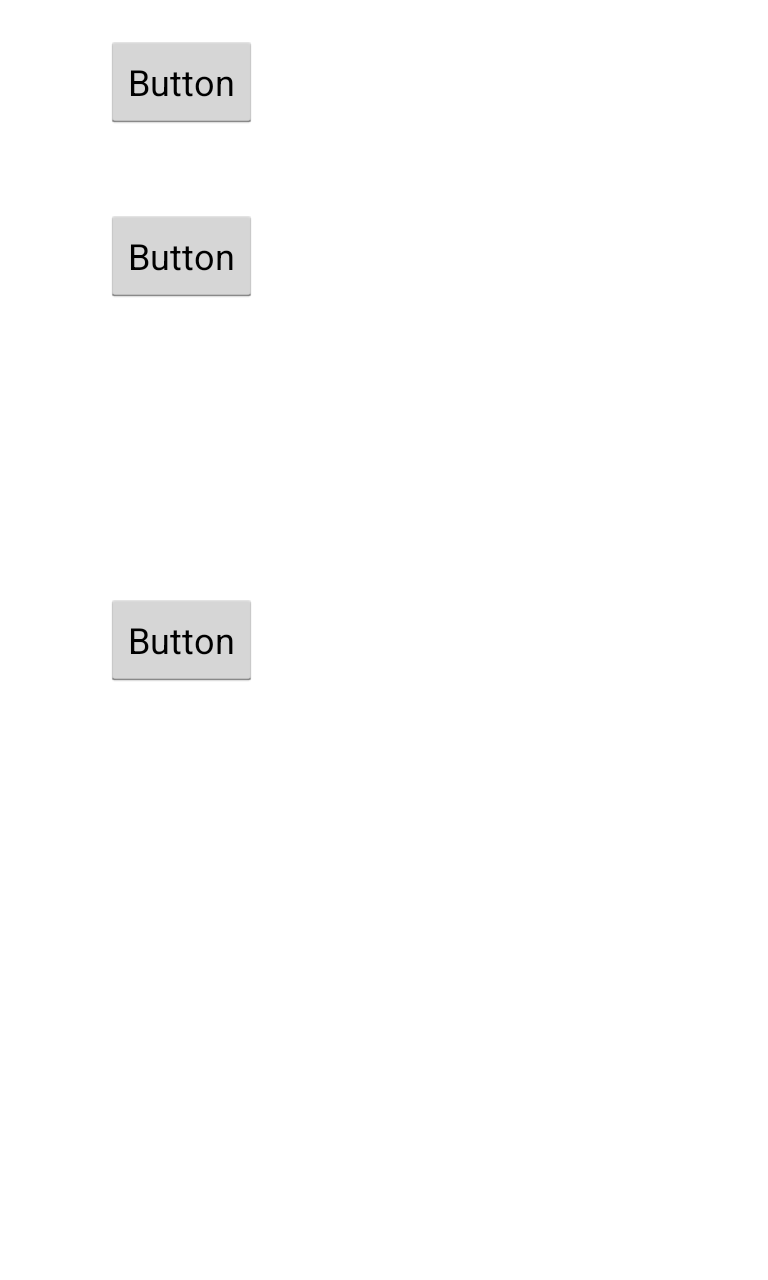
Repository: MonkeyZZZZ/OwnCode
Layout: a14SQLite/res/layout/activity_main.xml
These files come from the project's save history. The layout is drawn as it stood at one moment and after the next save; the edit follows.
It is drawn on a 768 x 1280 px phone screen (xhdpi) without system bars, with theme AppTheme; the app's code is not run.

Above is the layout before, as saved 2016-02-23 01:17:00.

After the next save:
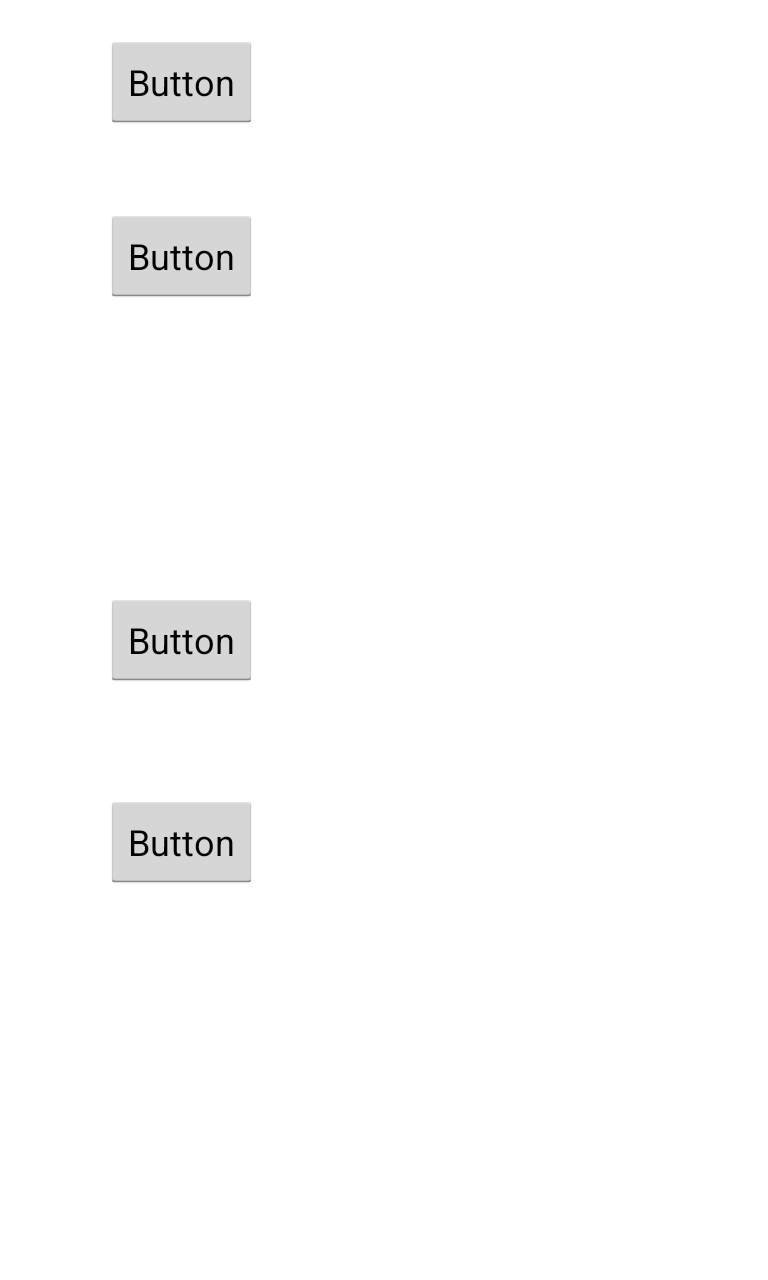
Saved 48 s later.
--- a/a14SQLite/res/layout/activity_main.xml
+++ b/a14SQLite/res/layout/activity_main.xml
@@ -31,4 +31,13 @@
         android:layout_centerVertical="true"
         android:text="Button" />
 
+    <Button
+        android:id="@+id/button4"
+        android:layout_width="wrap_content"
+        android:layout_height="wrap_content"
+        android:layout_alignLeft="@+id/button3"
+        android:layout_below="@+id/button3"
+        android:layout_marginTop="53dp"
+        android:text="Button" />
+
 </RelativeLayout>
